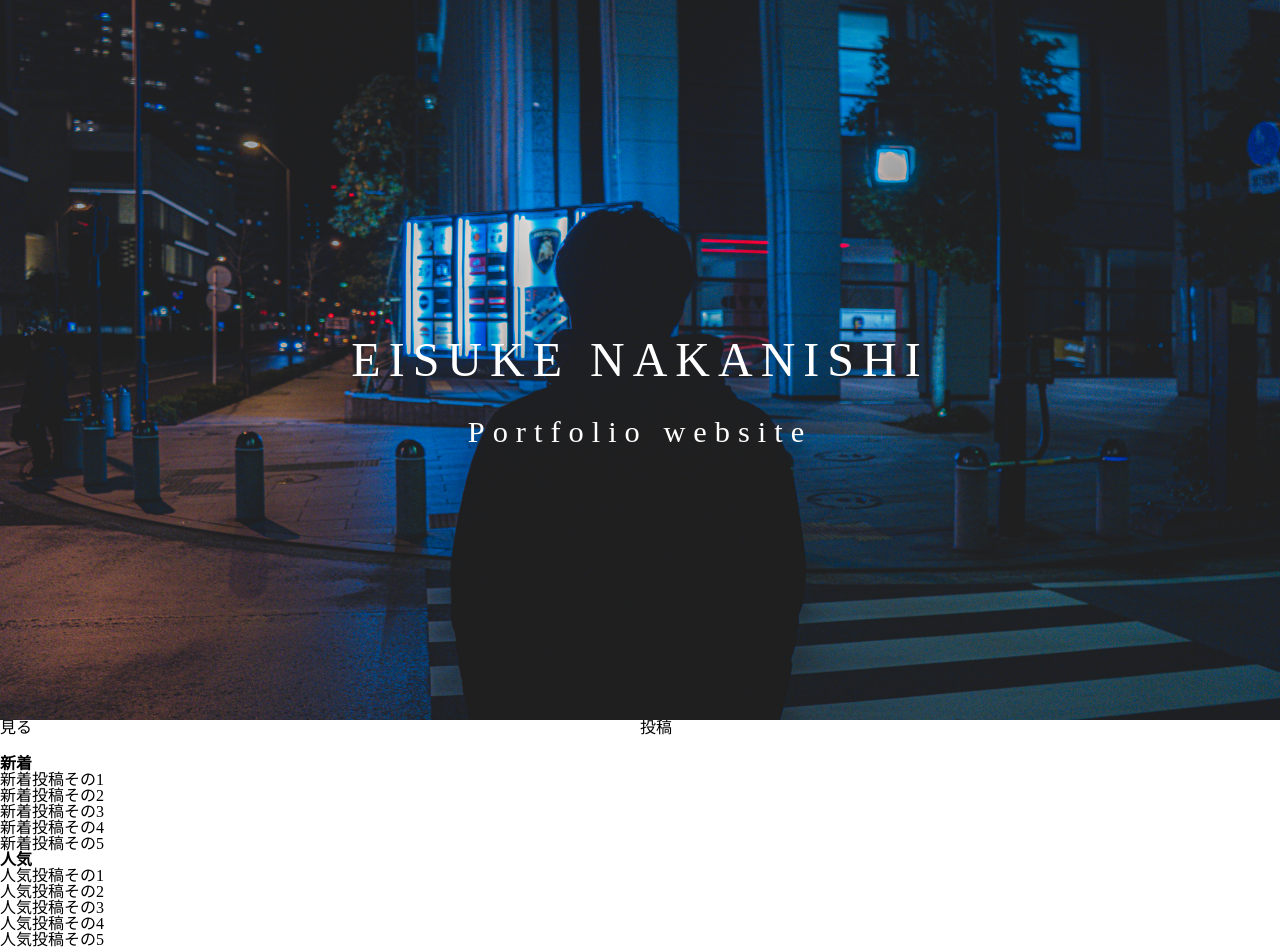
Repository: KustomApe/LandorusInc
Page: index.html
An editor plug-in stored every save of this project. The page is shown before and after the next save, followed by the edit.
The browser window is 1280 px wide. The pictures show the whole page.

Above is the page before, as saved 2021-07-24 13:04:41.

### index.html
<!DOCTYPE html>
<html lang="ja">
<head>
    <meta charset="UTF-8">
    <meta http-equiv="X-UA-Compatible" content="IE=edge">
    <meta name="viewport" content="width=device-width, initial-scale=1.0">
    <title>掲示板</title>
    <link rel="stylesheet" href="./assets/css/html5doctor.css">
    <link rel="stylesheet" href="./assets/css/style.css">
</head>
<body>
<div id="wrap">
    <div id="main_img">
        <h1>EISUKE NAKANISHI</h1>
        <h2>Portfolio website</h2>
    </div>
    <div class="contents">
        <ul id="main_btn">
            <li>見る</li>
            <li>投稿</li>
        </ul>
        <h2>新着</h2>
        <ul>
            <li>新着投稿その1</li>
            <li>新着投稿その2</li>
            <li>新着投稿その3</li>
            <li>新着投稿その4</li>
            <li>新着投稿その5</li>
        </ul>
        <h2>人気</h2>
        <ul>
            <li>人気投稿その1</li>
            <li>人気投稿その2</li>
            <li>人気投稿その3</li>
            <li>人気投稿その4</li>
            <li>人気投稿その5</li>
        </ul>
    </div>
</div>
</body>
</html>

### assets/css/html5doctor.css
html, body, div, span, object, iframe,
h1, h2, h3, h4, h5, h6, p, blockquote, pre,
abbr, address, cite, code,
del, dfn, em, img, ins, kbd, q, samp,
small, strong, sub, sup, var,
b, i,
dl, dt, dd, ol, ul, li,
fieldset, form, label, legend,
table, caption, tbody, tfoot, thead, tr, th, td,
article, aside, canvas, details, figcaption, figure,
footer, header, hgroup, menu, nav, section, summary,
time, mark, audio, video {
    margin:0;
    padding:0;
    border:0;
    outline:0;
    font-size:100%;
    vertical-align:baseline;
    background:transparent;
}

body {
    line-height:1;
}

article,aside,details,figcaption,figure,
footer,header,hgroup,menu,nav,section {
    display:block;
}

nav ul {
    list-style:none;
}

blockquote, q {
    quotes:none;
}

blockquote:before, blockquote:after,
q:before, q:after {
    content:'';
    content:none;
}

a {
    margin:0;
    padding:0;
    font-size:100%;
    vertical-align:baseline;
    background:transparent;
}

/* change colours to suit your needs */
ins {
    background-color:#ff9;
    color:#000;
    text-decoration:none;
}

/* change colours to suit your needs */
mark {
    background-color:#ff9;
    color:#000;
    font-style:italic;
    font-weight:bold;
}

del {
    text-decoration: line-through;
}

abbr[title], dfn[title] {
    border-bottom:1px dotted;
    cursor:help;
}

table {
    border-collapse:collapse;
    border-spacing:0;
}

/* change border colour to suit your needs */
hr {
    display:block;
    height:1px;
    border:0;
    border-top:1px solid #cccccc;
    margin:1em 0;
    padding:0;
}

input, select {
    vertical-align:middle;
}

### assets/css/style.css
@charset "utf-8";

body {
    width: 100%;
    max-width: 1920px;
}

div#main_img {
    position: relative;
    display: block;
    width: 100%;
    height: 100vh;
    background: url('../img/main.jpg');
    background-size: cover;
}

div#main_img h1 {
    position: absolute;
    top: 50%;
    left: 50%;
    transform: translate(-50%, -50%);
    -webkit-transform: translate(-50%, -50%);
    -ms-transform: translate(-50%, -50%);
    color: #fff;
    font-size: 3rem;
    font-weight: lighter;
    letter-spacing: 0.5rem;
}

div#main_img h2 {
    position: absolute;
    top: 60%;
    left: 50%;
    transform: translate(-50%, -50%);
    -webkit-transform: translate(-50%, -50%);
    -ms-transform: translate(-50%, -50%);
    color: #fff;
    font-size: 1.9rem;
    font-weight: lighter;
    letter-spacing: 0.5rem;
}

div.contents ul#main_btn {
    list-style: none;
    display: flex;
    width: 100%;
    height: 5vh;
}

div.contents ul#main_btn li {
    list-style: none;
    display: flex;
    width: 100%;
    height: 5vh;
}

After the next save:
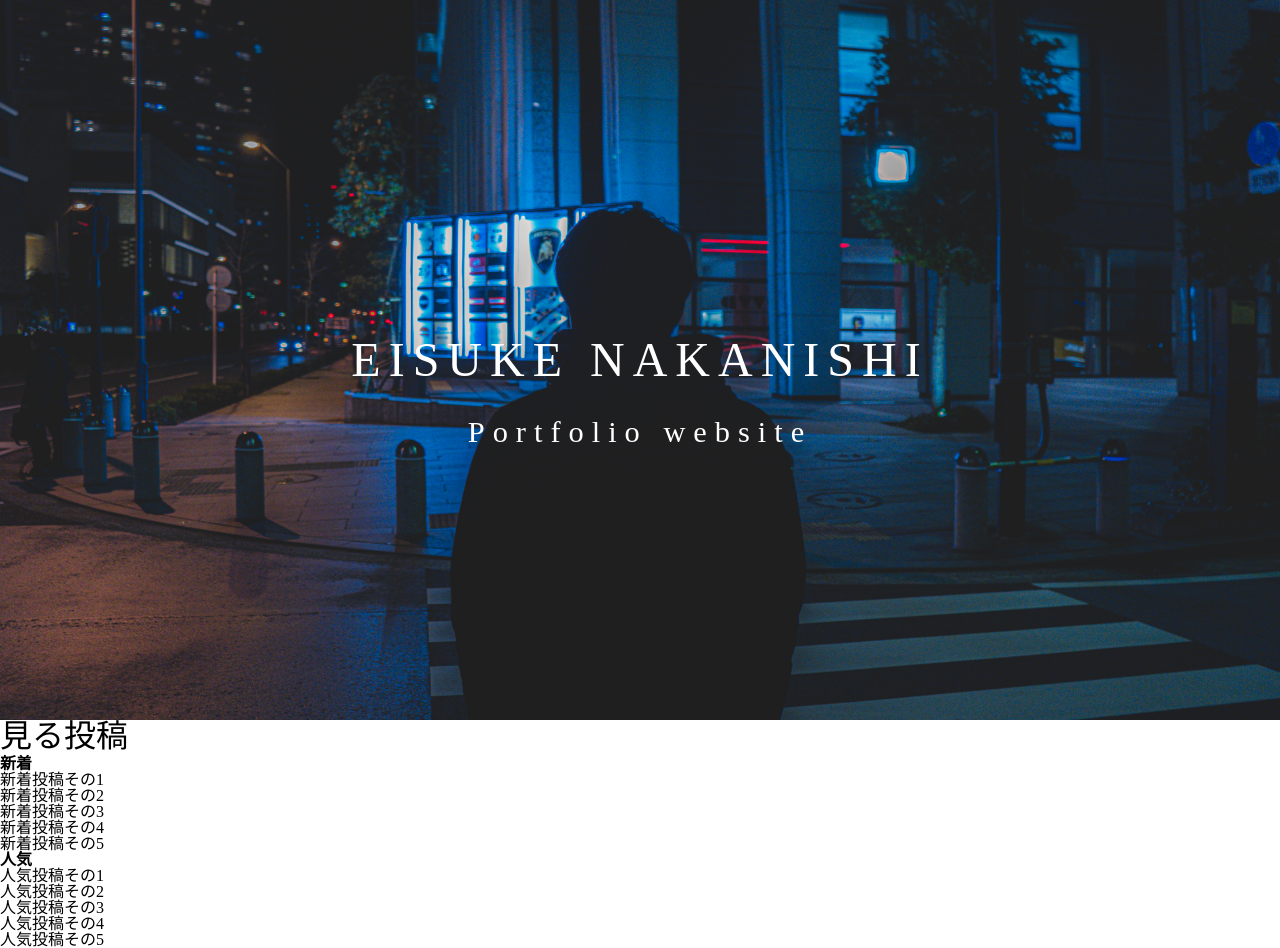
Saved 8 s later.
--- a/assets/css/style.css
+++ b/assets/css/style.css
@@ -48,8 +48,5 @@ div.contents ul#main_btn {
 }
 
 div.contents ul#main_btn li {
-    list-style: none;
-    display: flex;
-    width: 100%;
-    height: 5vh;
+    font-size: 2rem;
 }
